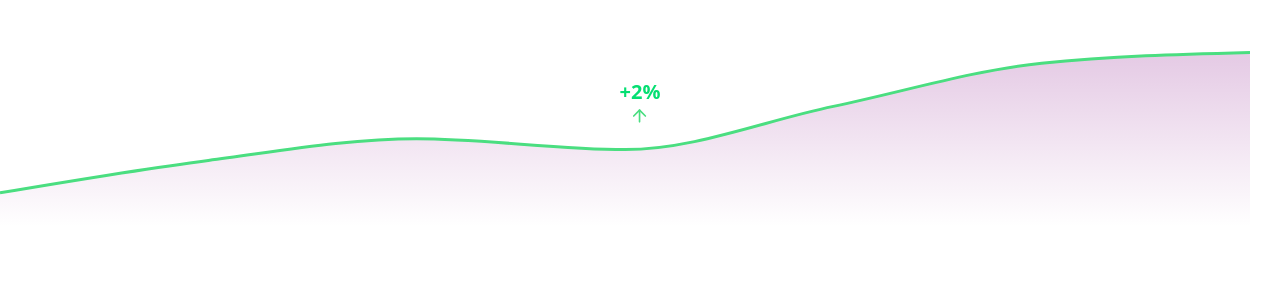
Repository: SharonSebastian32/reacharts
Page: /
An editor plug-in stored every save of this project. The page is shown before and after the next save, followed by the edit.
The browser window is 1280 px wide. The pictures show the whole page.
The project was rebuilt for these pictures with package versions that can differ from the ones it lists, and the page was loaded fresh each time. Also part of the build but not shown: vite.config.js.

Above is the page before, as saved 2025-03-20 22:50:07.

After the next save:
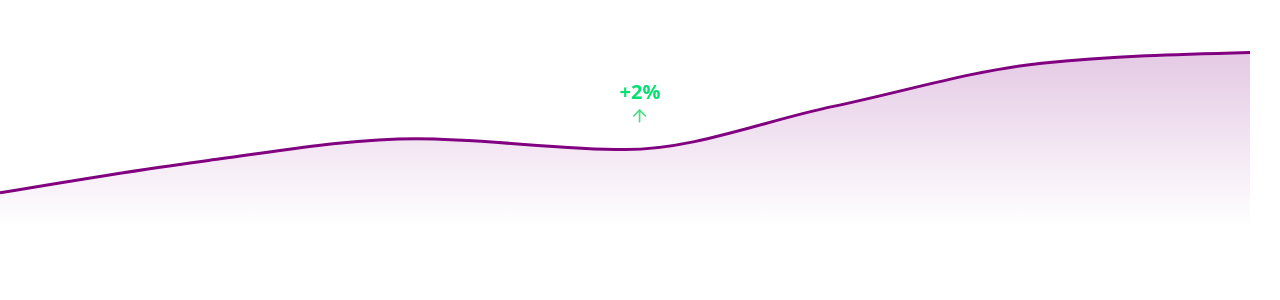
Saved 12 s later.
--- a/src/Components/CurveGraph.jsx
+++ b/src/Components/CurveGraph.jsx
@@ -32,7 +32,7 @@ const GrowthGraph = () => {
           <Area
             type="monotone"
             dataKey="value"
-            stroke="#4ade80"
+            stroke="purple"
             strokeWidth={3}
             fillOpacity={1}
             fill="url(#colorGradient)"
